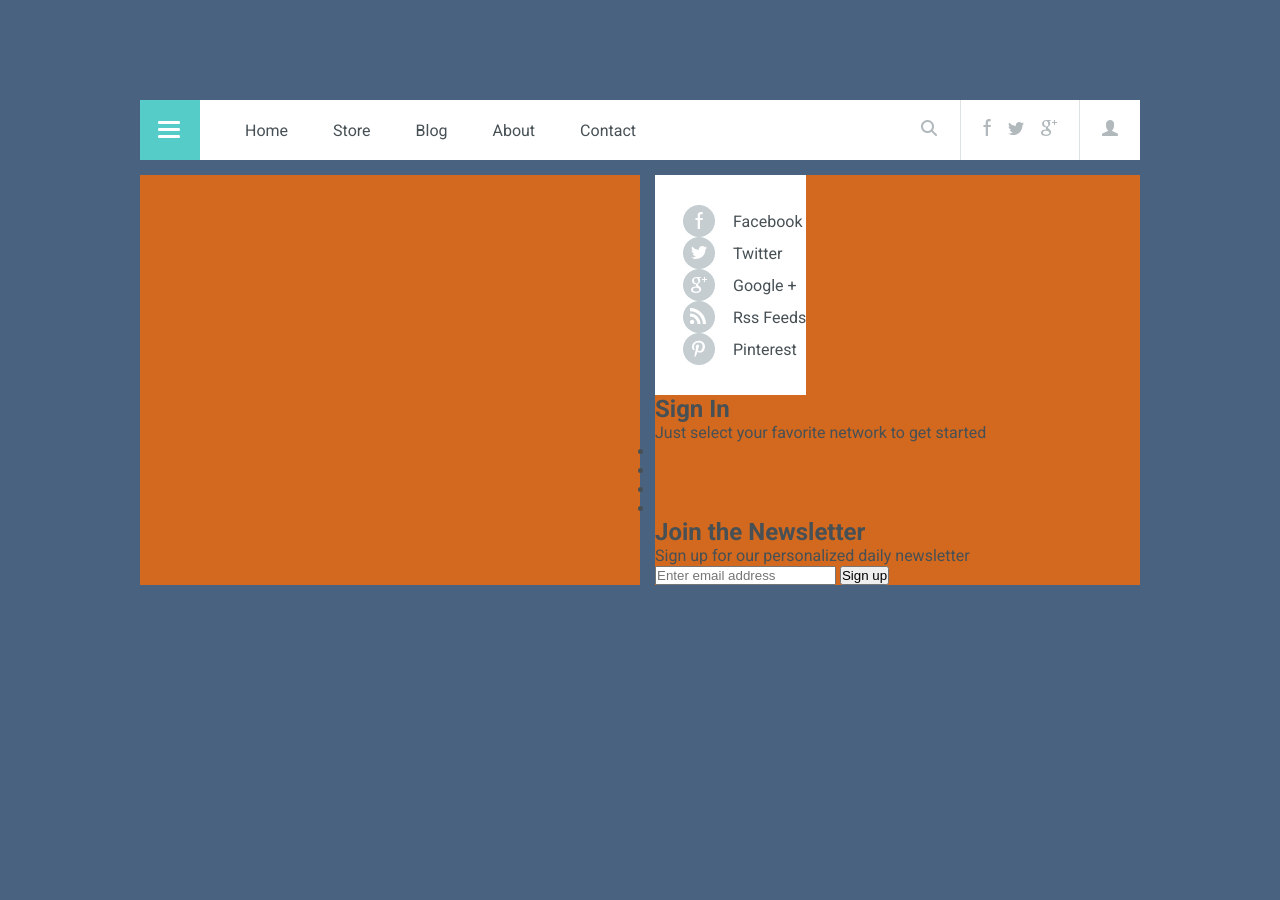
Repository: pawelczubak/WeeklyWebDevChallenge
Page: Challenge_4/index.html
An editor plug-in stored every save of this project. The page is shown before and after the next save, followed by the edit.
The browser window is 1280 px wide. The pictures show the whole page.
Some web libraries are served in a nearby version.

Above is the page before, as saved 2020-04-27 20:35:02.

### Challenge_4/index.html
<!DOCTYPE html>
<html lang="en">

<head>
    <meta charset="UTF-8">
    <meta name="viewport" content="width=device-width, initial-scale=1.0">

    <title>Weekly WebDev Challenge - 4</title>

    <link href="https://fonts.googleapis.com/css2?family=Roboto:wght@300;400;700&display=swap" rel="stylesheet">
    <script src="https://kit.fontawesome.com/f64caa1a2c.js" crossorigin="anonymous"></script>

    <meta name="viewport" content="width = device-width, initial-scale=1, user-scalable=yes">
    <link rel="stylesheet" href="css/main.css">
</head>

<body>
    <div class="container">
        <!--  -----  NAVIGATION START  -----  -->
        <nav class="nav">
            <div class="nav-button">

                <svg xmlns="http://www.w3.org/2000/svg" xmlns:xlink="http://www.w3.org/1999/xlink" width="0.24in"
                    height="0.18in">
                    <path fill-rule="evenodd" fill="rgb(255, 255, 255)"
                        d="M20.653,17.008 L1.347,17.008 C0.603,17.008 -0.000,16.417 -0.000,15.690 L-0.000,15.372 C-0.000,14.644 0.603,14.055 1.347,14.055 L20.653,14.055 C21.397,14.055 22.000,14.644 22.000,15.372 L22.000,15.690 C22.000,16.417 21.397,17.008 20.653,17.008 ZM20.653,9.980 L1.347,9.980 C0.603,9.980 -0.000,9.390 -0.000,8.662 L-0.000,8.344 C-0.000,7.617 0.603,7.027 1.347,7.027 L20.653,7.027 C21.397,7.027 22.000,7.617 22.000,8.344 L22.000,8.662 C22.000,9.390 21.397,9.980 20.653,9.980 ZM20.653,2.952 L1.347,2.952 C0.603,2.952 -0.000,2.362 -0.000,1.635 L-0.000,1.317 C-0.000,0.589 0.603,-0.001 1.347,-0.001 L20.653,-0.001 C21.397,-0.001 22.000,0.589 22.000,1.317 L22.000,1.635 C22.000,2.362 21.397,2.952 20.653,2.952 Z" />
                </svg>

            </div>
            <ul class="nav-list">
                <li class="nav-list__item"><a href="#" class="nav-list__link">Home</a></li>
                <li class="nav-list__item"><a href="#" class="nav-list__link">Store</a></li>
                <li class="nav-list__item"><a href="#" class="nav-list__link">Blog</a></li>
                <li class="nav-list__item"><a href="#" class="nav-list__link">About</a></li>
                <li class="nav-list__item"><a href="#" class="nav-list__link">Contact</a></li>
            </ul>
            <div class="nav-icons">
                <div class="nav-icons__search">
                    <a href="#" class="nav-link__icon">
                        <svg xmlns="http://www.w3.org/2000/svg" xmlns:xlink="http://www.w3.org/1999/xlink"
                            width="0.18in" height="0.17in">
                            <path class="nav-icons__svg" fill-rule="evenodd" fill="rgb(178, 185, 189)"
                                d="M15.728,14.309 L11.786,10.388 C12.600,9.303 13.088,7.963 13.088,6.504 C13.088,2.908 10.157,-0.006 6.541,-0.006 C2.926,-0.006 -0.005,2.908 -0.005,6.504 C-0.005,10.100 2.926,13.014 6.541,13.014 C7.963,13.014 9.275,12.558 10.349,11.793 L14.304,15.726 C14.697,16.117 15.335,16.117 15.728,15.726 C16.121,15.335 16.121,14.700 15.728,14.309 ZM6.541,11.011 C4.038,11.011 2.009,8.994 2.009,6.504 C2.009,4.015 4.038,1.996 6.541,1.996 C9.044,1.996 11.073,4.015 11.073,6.504 C11.073,8.994 9.044,11.011 6.541,11.011 Z" />
                        </svg>
                    </a>
                </div>
                <ul class="nav-icons__social-list">
                    <li class="nav-icons__social-icons">
                        <a href="#" class="nav-link__icon">
                            <svg xmlns="http://www.w3.org/2000/svg" xmlns:xlink="http://www.w3.org/1999/xlink"
                                width="0.09in" height="0.18in">
                                <path class="nav-icons__svg" fill-rule="evenodd" fill="rgb(178, 185, 189)"
                                    d="M7.672,0.063 L6.069,0.063 C6.069,0.063 2.724,-0.188 2.724,3.338 C2.724,4.092 2.724,6.011 2.724,6.011 L0.453,6.011 L0.459,7.910 L2.723,7.910 L2.725,17.002 L5.000,17.002 L5.000,7.910 L7.507,7.910 L8.042,6.011 L5.013,6.011 L5.013,3.266 C5.013,3.266 4.988,2.341 6.072,2.341 L7.662,2.341 L7.672,0.063 Z" />
                            </svg>
                        </a>
                    </li>
                    <li class="nav-icons__social-icons">
                        <a href="#" class="nav-link__icon">
                            <svg xmlns="http://www.w3.org/2000/svg" xmlns:xlink="http://www.w3.org/1999/xlink"
                                width="0.17in" height="0.14in">
                                <path class="nav-icons__svg" fill-rule="evenodd" fill="rgb(178, 185, 189)"
                                    d="M16.027,1.547 C15.437,1.809 14.803,1.985 14.138,2.065 C14.817,1.659 15.338,1.015 15.584,0.250 C14.949,0.625 14.245,0.898 13.497,1.046 C12.897,0.408 12.043,0.009 11.097,0.009 C9.282,0.009 7.810,1.478 7.810,3.291 C7.810,3.547 7.839,3.799 7.895,4.039 C5.163,3.901 2.741,2.595 1.119,0.611 C0.837,1.095 0.674,1.658 0.674,2.259 C0.674,3.398 1.255,4.402 2.137,4.990 C1.598,4.974 1.091,4.825 0.648,4.579 C0.647,4.593 0.647,4.606 0.647,4.621 C0.647,6.211 1.781,7.537 3.285,7.838 C3.009,7.913 2.718,7.953 2.418,7.953 C2.207,7.953 2.000,7.933 1.800,7.894 C2.218,9.198 3.432,10.147 4.871,10.172 C3.746,11.053 2.328,11.578 0.788,11.578 C0.523,11.578 0.261,11.562 0.004,11.531 C1.459,12.462 3.187,13.006 5.043,13.006 C11.089,13.006 14.395,8.006 14.395,3.671 C14.395,3.529 14.393,3.387 14.387,3.246 C15.029,2.783 15.586,2.206 16.027,1.547 Z" />
                            </svg>
                        </a>
                    </li>
                    <li class="nav-icons__social-icons">
                        <a href="#" class="nav-link__icon">
                            <svg xmlns="http://www.w3.org/2000/svg" xmlns:xlink="http://www.w3.org/1999/xlink"
                                width="0.18in" height="0.18in">
                                <path class="nav-icons__svg" fill-rule="evenodd" fill="rgb(178, 185, 189)"
                                    d="M15.006,4.015 L15.006,5.999 L13.966,5.999 L13.966,4.015 L11.997,4.015 L11.997,3.013 L13.966,3.013 L13.966,0.971 L15.006,0.971 L15.006,3.013 L17.010,3.013 L17.010,4.015 L15.006,4.015 ZM8.900,2.055 C9.780,2.557 10.247,3.589 10.247,4.730 C10.247,5.777 9.666,6.620 8.845,7.259 C8.043,7.884 7.891,8.145 7.891,8.676 C7.891,9.129 8.849,9.803 9.290,10.132 C10.823,11.279 11.112,12.000 11.134,13.433 C11.162,15.338 9.199,17.001 6.054,17.001 C3.294,17.001 0.982,15.749 0.982,13.959 C0.982,11.258 2.897,10.385 5.657,10.385 C5.958,10.385 6.233,10.377 6.518,10.377 C6.141,10.013 5.836,9.697 5.836,9.144 C5.836,8.815 5.940,8.501 6.087,8.221 C5.938,8.231 5.785,8.241 5.627,8.241 C3.360,8.241 2.041,6.653 2.041,4.664 C2.041,2.715 4.050,0.969 6.459,0.969 C7.701,0.969 11.208,0.969 11.208,0.969 L10.147,2.055 L8.900,2.055 ZM6.121,11.642 C4.364,11.642 2.912,12.300 2.912,13.538 C2.912,14.799 4.207,15.828 5.999,15.828 C8.520,15.828 9.398,14.865 9.398,13.601 C9.398,13.449 9.394,13.295 9.341,13.156 C8.733,11.642 6.774,11.642 6.121,11.642 ZM8.249,4.923 C8.040,3.342 7.249,2.152 6.035,2.115 C4.820,2.079 3.755,3.182 3.966,4.764 C4.175,6.348 5.330,7.409 6.545,7.446 C7.760,7.481 8.458,6.507 8.249,4.923 Z" />
                            </svg>
                        </a>
                    </li>
                </ul>
                <div class="nav-icons__acount">
                    <a href="#" class="nav-link__icon">
                        <svg xmlns="http://www.w3.org/2000/svg" xmlns:xlink="http://www.w3.org/1999/xlink"
                            width="0.182in" height="0.18in">
                            <path class="nav-icons__svg" fill-rule="evenodd" fill="rgb(178, 185, 189)"
                                d="M15.993,17.030 L1.963,17.030 C1.394,17.030 0.932,16.569 0.932,15.999 L0.932,15.405 C0.932,14.535 1.963,14.374 1.963,14.374 L7.322,11.719 C5.880,10.561 5.056,8.283 5.056,7.156 L5.056,4.578 C5.056,2.871 6.903,0.969 9.181,0.969 C11.459,0.969 13.024,2.871 13.024,4.578 L13.024,7.156 C13.024,8.394 12.208,10.604 10.779,11.729 L15.993,14.374 C15.993,14.374 17.024,14.551 17.024,15.405 L17.024,15.999 C17.024,16.569 16.562,17.030 15.993,17.030 Z" />
                        </svg>
                    </a>
                </div>
            </div>
        </nav>

        <!--  -----  NAVIGATION END  -----  -->

        <!--  -----  MAIN START  -----  -->
        <main class="main">
            <!--  -----  MENU SECTION START  -----  -->
            <section class="menu-section"></section>
            <!--  -----  MENU SECTION END  -----  -->

            <!--  -----  SOCIAL SECTION START  -----  -->
            <section class="social-section">
                <article class="social-section__socials-container">
                    <ul class="socials-container__socials-list">
                        <li class="socials-container__socials-items">
                            <a href="#" class="socials-container__socials-link">
                                <div class="social-link__icon">
                                    <svg xmlns="http://www.w3.org/2000/svg" xmlns:xlink="http://www.w3.org/1999/xlink"
                                        width="0.09in" height="0.18in">
                                        <path class="nav-icons__svg" fill-rule="evenodd" fill="rgb(255, 255, 255)"
                                            d="M7.672,0.063 L6.069,0.063 C6.069,0.063 2.724,-0.188 2.724,3.338 C2.724,4.092 2.724,6.011 2.724,6.011 L0.453,6.011 L0.459,7.910 L2.723,7.910 L2.725,17.002 L5.000,17.002 L5.000,7.910 L7.507,7.910 L8.042,6.011 L5.013,6.011 L5.013,3.266 C5.013,3.266 4.988,2.341 6.072,2.341 L7.662,2.341 L7.672,0.063 Z" />
                                    </svg>
                                </div>
                                <p>Facebook</p>
                            </a>
                        </li>
                        <li class="socials-container__socials-items">
                            <a href="#" class="socials-container__socials-link">
                                <div class="social-link__icon">
                                    <svg xmlns="http://www.w3.org/2000/svg" xmlns:xlink="http://www.w3.org/1999/xlink"
                                        width="0.17in" height="0.14in">
                                        <path class="nav-icons__svg" fill-rule="evenodd" fill="rgb(255, 255, 255)"
                                            d="M16.027,1.547 C15.437,1.809 14.803,1.985 14.138,2.065 C14.817,1.659 15.338,1.015 15.584,0.250 C14.949,0.625 14.245,0.898 13.497,1.046 C12.897,0.408 12.043,0.009 11.097,0.009 C9.282,0.009 7.810,1.478 7.810,3.291 C7.810,3.547 7.839,3.799 7.895,4.039 C5.163,3.901 2.741,2.595 1.119,0.611 C0.837,1.095 0.674,1.658 0.674,2.259 C0.674,3.398 1.255,4.402 2.137,4.990 C1.598,4.974 1.091,4.825 0.648,4.579 C0.647,4.593 0.647,4.606 0.647,4.621 C0.647,6.211 1.781,7.537 3.285,7.838 C3.009,7.913 2.718,7.953 2.418,7.953 C2.207,7.953 2.000,7.933 1.800,7.894 C2.218,9.198 3.432,10.147 4.871,10.172 C3.746,11.053 2.328,11.578 0.788,11.578 C0.523,11.578 0.261,11.562 0.004,11.531 C1.459,12.462 3.187,13.006 5.043,13.006 C11.089,13.006 14.395,8.006 14.395,3.671 C14.395,3.529 14.393,3.387 14.387,3.246 C15.029,2.783 15.586,2.206 16.027,1.547 Z" />
                                    </svg>
                                </div>
                                <p>Twitter</p>
                            </a>
                        </li>
                        <li class="socials-container__socials-items">
                            <a href="#" class="socials-container__socials-link">
                                <div class="social-link__icon">
                                    <svg xmlns="http://www.w3.org/2000/svg" xmlns:xlink="http://www.w3.org/1999/xlink"
                                        width="0.18in" height="0.18in">
                                        <path class="nav-icons__svg" fill-rule="evenodd" fill="rgb(255, 255, 255)"
                                            d="M15.006,4.015 L15.006,5.999 L13.966,5.999 L13.966,4.015 L11.997,4.015 L11.997,3.013 L13.966,3.013 L13.966,0.971 L15.006,0.971 L15.006,3.013 L17.010,3.013 L17.010,4.015 L15.006,4.015 ZM8.900,2.055 C9.780,2.557 10.247,3.589 10.247,4.730 C10.247,5.777 9.666,6.620 8.845,7.259 C8.043,7.884 7.891,8.145 7.891,8.676 C7.891,9.129 8.849,9.803 9.290,10.132 C10.823,11.279 11.112,12.000 11.134,13.433 C11.162,15.338 9.199,17.001 6.054,17.001 C3.294,17.001 0.982,15.749 0.982,13.959 C0.982,11.258 2.897,10.385 5.657,10.385 C5.958,10.385 6.233,10.377 6.518,10.377 C6.141,10.013 5.836,9.697 5.836,9.144 C5.836,8.815 5.940,8.501 6.087,8.221 C5.938,8.231 5.785,8.241 5.627,8.241 C3.360,8.241 2.041,6.653 2.041,4.664 C2.041,2.715 4.050,0.969 6.459,0.969 C7.701,0.969 11.208,0.969 11.208,0.969 L10.147,2.055 L8.900,2.055 ZM6.121,11.642 C4.364,11.642 2.912,12.300 2.912,13.538 C2.912,14.799 4.207,15.828 5.999,15.828 C8.520,15.828 9.398,14.865 9.398,13.601 C9.398,13.449 9.394,13.295 9.341,13.156 C8.733,11.642 6.774,11.642 6.121,11.642 ZM8.249,4.923 C8.040,3.342 7.249,2.152 6.035,2.115 C4.820,2.079 3.755,3.182 3.966,4.764 C4.175,6.348 5.330,7.409 6.545,7.446 C7.760,7.481 8.458,6.507 8.249,4.923 Z" />
                                    </svg>
                                </div>
                                <p>Google +</p>
                            </a>
                        </li>
                        <li class="socials-container__socials-items">
                            <a href="#" class="socials-container__socials-link">
                                <div class="social-link__icon"><svg xmlns="http://www.w3.org/2000/svg"
                                        xmlns:xlink="http://www.w3.org/1999/xlink" width="0.18in" height="0.18in">
                                        <path fill-rule="evenodd" fill="rgb(255, 255, 255)"
                                            d="M12.940,16.102 C12.940,8.949 7.135,3.128 -0.000,3.128 L-0.000,0.051 C8.836,0.051 16.025,7.252 16.025,16.102 L12.940,16.102 ZM10.576,16.098 L7.491,16.098 C7.491,14.088 6.710,12.199 5.293,10.781 C3.879,9.362 1.997,8.582 -0.005,8.582 L-0.005,5.506 C5.829,5.506 10.576,10.258 10.576,16.098 ZM2.129,11.823 C3.310,11.823 4.267,12.775 4.267,13.953 C4.267,15.131 3.310,16.084 2.129,16.084 C0.949,16.084 -0.007,15.131 -0.007,13.953 C-0.007,12.775 0.949,11.823 2.129,11.823 Z" />
                                    </svg></div>
                                <p>Rss Feeds</p>
                            </a>
                        </li>
                        <li class="socials-container__socials-items">
                            <a href="#" class="socials-container__socials-link">
                                <div class="social-link__icon"><svg xmlns="http://www.w3.org/2000/svg"
                                        xmlns:xlink="http://www.w3.org/1999/xlink" width="0.14in" height="0.18in">
                                        <path fill-rule="evenodd" fill="rgb(255, 255, 255)"
                                            d="M7.792,12.696 C6.752,12.696 5.774,12.146 5.440,11.519 C5.440,11.519 4.880,13.696 4.763,14.116 C4.345,15.602 3.119,17.088 3.025,17.208 C2.958,17.293 2.811,17.267 2.796,17.154 C2.769,16.966 2.456,15.092 2.824,13.563 C3.009,12.796 4.063,8.414 4.063,8.414 C4.063,8.414 3.755,7.812 3.755,6.920 C3.755,5.518 4.583,4.474 5.613,4.474 C6.489,4.474 6.910,5.119 6.910,5.892 C6.910,6.755 6.350,8.049 6.061,9.246 C5.819,10.248 6.572,11.065 7.580,11.065 C9.404,11.065 10.633,8.766 10.633,6.041 C10.633,3.970 9.212,2.420 6.627,2.420 C3.707,2.420 1.887,4.558 1.887,6.946 C1.887,7.770 2.135,8.350 2.522,8.798 C2.701,9.005 2.725,9.089 2.661,9.326 C2.614,9.499 2.509,9.918 2.464,10.083 C2.401,10.324 2.202,10.409 1.982,10.320 C0.637,9.782 0.011,8.336 0.011,6.709 C0.011,4.026 2.317,0.807 6.892,0.807 C10.567,0.807 12.986,3.418 12.986,6.221 C12.986,9.926 10.886,12.696 7.792,12.696 Z" />
                                    </svg></div>
                                <p>Pinterest</p>
                            </a>
                        </li>
                    </ul>
                    <div class="socials-container__follow-items">
                        <div class="socials-container__facebook-widget"></div>
                        <div class="socials-container__twitter-widget"></div>
                    </div>
                </article>
                <article class="social-section__sign-in">
                    <h2 class="socials-container__header">Sign In</h2>
                    <p class="sign-in__paragraph">Just select your favorite network to get started</p>
                    <ul class="sign-in__list">
                        <li class="sign-in__item"><a href="#" class="sign-in__link"></a></li>
                        <li class="sign-in__item"><a href="#" class="sign-in__link"></a></li>
                        <li class="sign-in__item"><a href="#" class="sign-in__link"></a></li>
                        <li class="sign-in__item"><a href="#" class="sign-in__link"></a></li>
                    </ul>
                </article>
                <article class="social-section__newsletter">
                    <h2 class="socials-container__header">Join the Newsletter</h2>
                    <p class="newsletter__paragraph">Sign up for our personalized daily newsletter</p>
                    <form action="GET" class="newsletter__form">
                        <input placeholder="Enter email address" type="email" name="email" required
                            class="newsletter__input" autocomplete="off" />
                        <button class="newsletter__button" formenctype="multipart/form-data" type="submit">Sign
                            up</button>
                    </form>
                </article>
            </section>
            <!--  -----  SOCIAL SECTION END  -----  -->
        </main>
        <!--  -----  MAIN END  -----  -->


    </div>

    <script src="js/main.js" type="text/javascript"></script>
</body>

</html>

### Challenge_4/css/main.css
*,
*::after,
*::before {
    box-sizing: border-box;
    margin: 0;
    padding: 0;
}

/*------------------  GLOBAL START  ------------------*/
body {
    margin: 0;
    padding: 0;
    font: 16px 'Roboto', sans-serif;
    color: #475055;
    background-color: #49627f;
}

.container {
    max-width: 1000px;
    min-height: 700px;
    margin: 100px auto;
    overflow: hidden;
}

/*------------------  GLOBAL END  ------------------*/
/*------------------  NAV START  ------------------*/
.nav {
    position: relative;
    display: flex;
    justify-content: left;
    width: 100%;
    height: 60px;
    background-color: #ffffff;
    margin-bottom: 15px;
}

.nav-button {
    display: flex;
    align-items: center;
    justify-content: center;
    background-color: #56ccc8;
    width: 60px;
    cursor: pointer;
    pointer-events: none;
}

.nav-button:hover {
    background-color: #56ddd8;
}

.nav-list {
    display: flex;
    list-style: none;

}

.nav-list__item {
    padding-left: 45px;
    display: flex;
    align-items: center
}

.nav-list__link {
    text-decoration: none;
    color: #475055;
}

.nav-list__link:hover {
    color: #56ccc8;
}

.nav-icons {
    display: flex;
    align-items: center;
    margin-left: auto;
}

.nav-icons__search {
    width: 60px;
    display: flex;
    justify-content: center;
}

.nav-link__icon {}

.nav-icons__social-list {
    position: relative;
    display: flex;
    height: 100%;
    justify-content: space-around;
    align-items: center;
    width: 120px;
    padding: 0 15px;
}

.nav-icons__social-list::before,
.nav-icons__social-list::after {
    position: absolute;
    content: '';
    top: 0;
    height: 100%;
    width: 1px;
    background-color: #dde2e4;
}

.nav-icons__social-list::after {
    left: 0;
}

.nav-icons__social-list::before {
    right: 0;
}

.nav-icons__social-icons {
    list-style: none;
}

.nav-icons__acount {
    width: 60px;
    display: flex;
    justify-content: center;
}

.nav-link__icon:hover .nav-icons__svg {
    fill: #152840;
}

/*------------------  NAV END  ------------------*/
/*------------------  MAIN START  ------------------*/
.main {
    display: flex;
    width: 100%;
}

/*------------------  MENU SECTION START  ------------------*/
.menu-section {
    width: 50%;
    /*    !!!!!!!!!!  ONLY FOR TEST !!!!!! */
    min-heignt: 500px;
    background-color: chocolate;
}

/*------------------  MENU SECTION END  ------------------*/
/*------------------  SOCIAL SECTION START  ------------------*/
.social-section {
    width: calc(50% - 15px);
    margin-left: 15px;

    background-color: chocolate;

}

.social-section__socials-container {
    display: flex;
}

.socials-container__socials-list {
    list-style: none;
    background-color: #ffffff;
    padding: 30px 0 30px 28px;

}

.socials-container__socials-items {}

.social-link__icon {
    display: flex;
    justify-content: center;
    align-items: center;
    height: 32px;
    width: 32px;
    background-color: #c5cdd1;
    border-radius: 50%;
    margin: 0 18px 0 0;
}

.socials-container__socials-link {
    display: flex;
    align-items: center;
    text-decoration: none;
    color: #475055;

}

/*------------------  SOCIAL SECTION END  ------------------*/

/*------------------  MAIN END  ------------------*/

/*------------------  MEDIAQUERY START  ------------------*/

@media screen and (max-width: 1024px) {
    .container {
        max-width: 95%;
    }
}

@media screen and (max-width: 800px) {
    .container {
        margin: 15px auto;
    }

    /*------------------  NAV START  ------------------*/
    .nav-button {
        pointer-events: all;
    }

    .nav-list {
        position: absolute;
        flex-direction: column;
        background-color: #ffffff;
        width: 50%;
        top: 60px;
        left: 0;
        height: 500px;
        justify-content: space-around;
        align-items: center;
        transform: translateX(-101%);
        transition: all 0.2s ease-in;
    }

    .nav-list__item {
        opacity: 0;
        padding: 0;
    }

    /*------------------  NAV END  ------------------*/
}

.nav-list--active {
    transform: translateX(0%);
}

/*------------------  MEDIAQUERY END  ------------------*/

/*------------------  ANIMATIONS  ------------------*/
@keyframes navLinkFade {
    from {
        opacity: 0;
        transform: translateX(-50px);
    }

    to {
        opacity: 1;
        transform: translateX(0px);
    }
}

### Challenge_4/js/main.js
const navSlide = () => {
    const burger = document.querySelector('.nav-button');
    const nav = document.querySelector('.nav-list');
    const navLinks = document.querySelectorAll('.nav-list__item');



    burger.addEventListener('click', () => {
        //Toggle nav
        nav.classList.toggle('nav-list--active');

        //Animate links
        navLinks.forEach((link, index) => {
            if (link.style.animation) {
                link.style.animation = ''
            } else {
                link.style.animation = `navLinkFade 0.5s ease forwards ${index / 7 + 0.2}s`;
            }

        });
    });


}

navSlide();

After the next save:
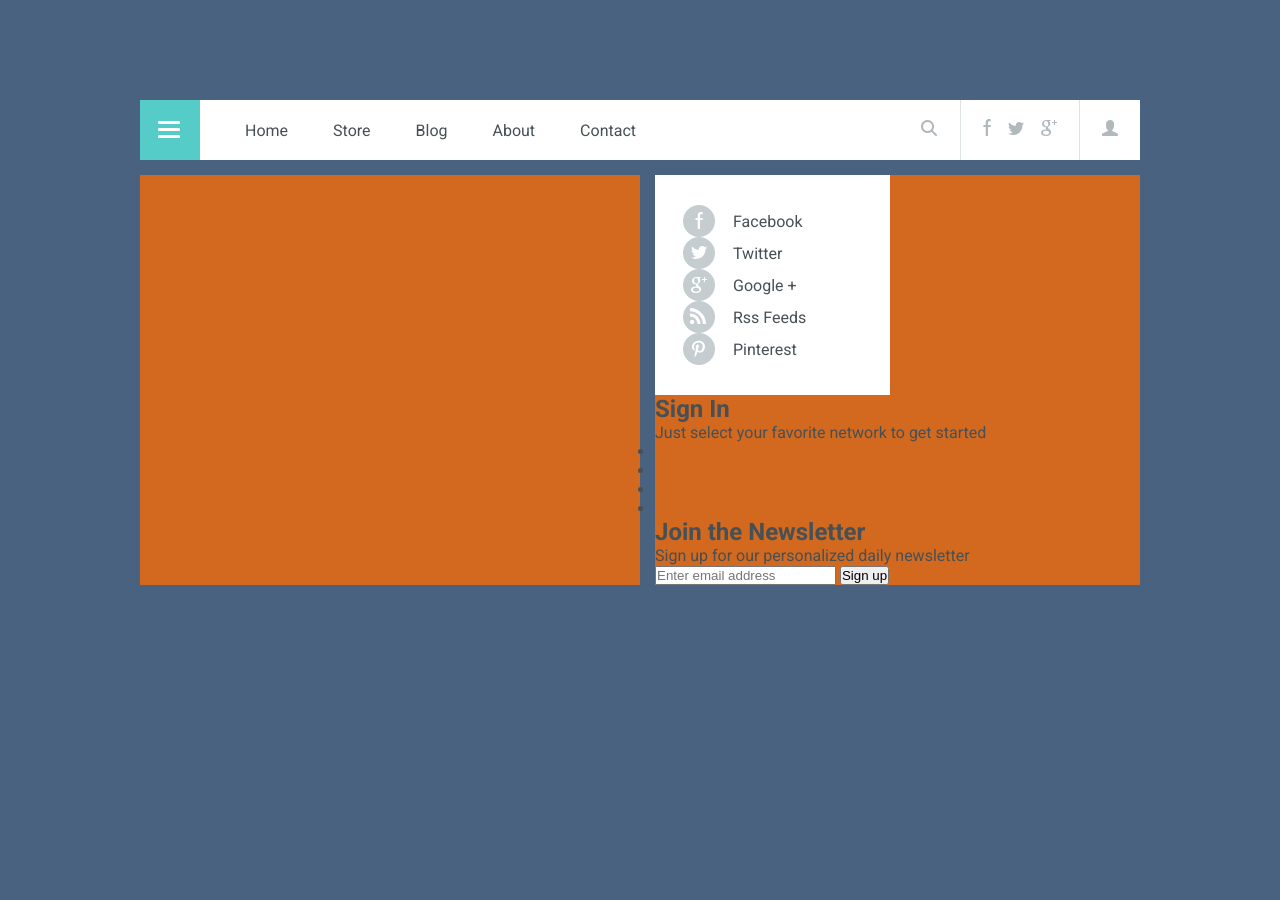
Saved 4 min 8 s later.
--- a/Challenge_4/css/main.css
+++ b/Challenge_4/css/main.css
@@ -152,10 +152,12 @@ body {
 
 .social-section__socials-container {
     display: flex;
+    width: 100%;
 }
 
 .socials-container__socials-list {
     list-style: none;
+    width: calc(50% - 7.5px);
     background-color: #ffffff;
     padding: 30px 0 30px 28px;
 
